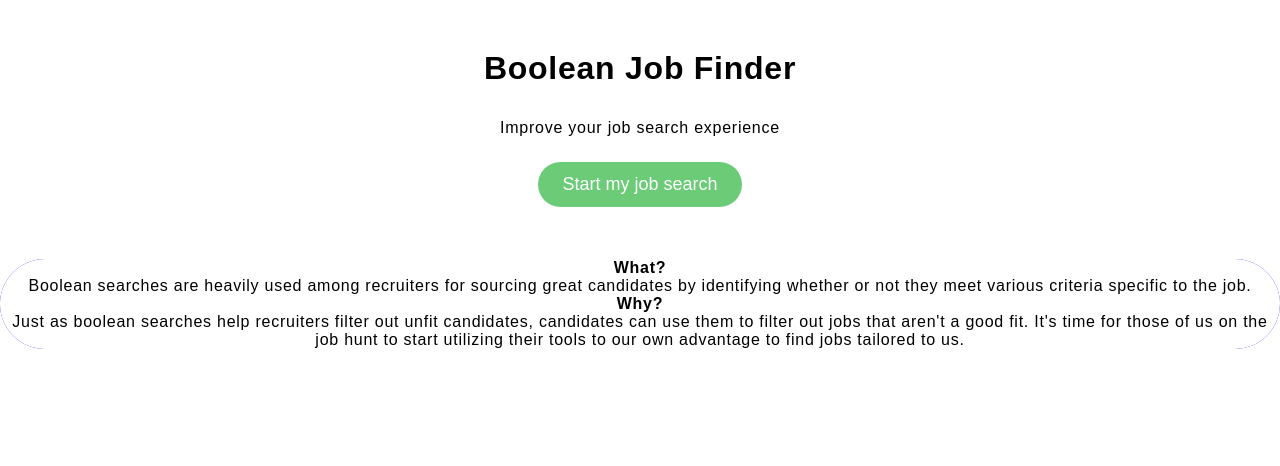
Repository: Rthompson2548/boolean-job-searcher
Page: /
An editor plug-in stored every save of this project. The page is shown before and after a run of saves, followed by the edit.
The browser window is 1280 px wide. The pictures show the whole page.
The project was rebuilt for these pictures with package versions that can differ from the ones it lists, and the page was loaded fresh each time.

Above is the page before, as saved 2022-04-05 14:25:38.

### public/index.html
<!DOCTYPE html>
<html lang="en">
  <head>
    <meta charset="utf-8" />
    <link rel="icon" href="%PUBLIC_URL%/favicon.ico" />
    <meta name="viewport" content="width=device-width, initial-scale=1" />
    <meta name="theme-color" content="#000000" />
    <meta
      name="description"
      content="Web site created using create-react-app"
    />
    <link rel="preconnect" href="https://fonts.googleapis.com">
    <link rel="preconnect" href="https://fonts.gstatic.com" crossorigin>
    <link href="https://fonts.googleapis.com/css2?family=Inconsolata&family=League+Spartan&display=swap" rel="stylesheet">

    <title>React App</title>
  </head>
  <body>
    <noscript>You need to enable JavaScript to run this app.</noscript>
    <div id="root"></div>
    <!--
      This HTML file is a template.
      If you open it directly in the browser, you will see an empty page.

      You can add webfonts, meta tags, or analytics to this file.
      The build step will place the bundled scripts into the <body> tag.

      To begin the development, run `npm start` or `yarn start`.
      To create a production bundle, use `npm run build` or `yarn build`.
    -->
  </body>
</html>

### src/App.js
import "./styles.css";
// import { CopyToClipboard } from "react-copy-to-clipboard";
import React, { useState, useEffect, useRef } from "react";



export default function App() {
  let searchCategories = [
    "Experience",
    "Location",
    "Tech Stack",
    "Title",
    "Technologies",
    "Company"
  ];

let defaultCategories = [
  {
    id: 1,
    name: "Experience",
    placeholders: ["Junior", "Entry", "Grad", "Student"]
  },
  {
    id: 2,
    name: "Location",
    placeholders: ["Junior", "Entry", "Grad", "Student"]
  },
  {
    id: 3,
    name: "End",
    placeholders: ["Junior", "Entry", "Grad", "Student"]
  },
  {
    id: 4,
    name: "Title",
    placeholders: ["Junior", "Entry", "Grad", "Student"]
  },
  {
    id: 5,
    name: "Technologies",
    placeholders: ["Junior", "Entry", "Grad", "Student"]
  },
  {
    id: 6,
    name: "Company Name",
    placeholders: ["Junior", "Entry", "Grad", "Student"]
  }
];


const [copyString, setCopyString] = useState("");
const [addCategory, setAddCategory] = useState(false);
const [addCategoryBtnText, setAddCategoryBtnText] = useState(
"Start my job search"
)
const [category, setCategory] = useState("");
const [categoryChosen, setCategoryChosen] = useState(false);
const [categoryOptions, setCategoryOptions] = useState(false);
const [showCategoryForm, setShowCategoryForm] = useState(false);
const [showNewCategoryButton, setShowNewCategoryButton] = useState(true);
const [showName, setShowName] = useState(false);
const [showForm, setShowForm] = useState(false);
const [showAddWordBtn, setShowAddWordBtn] = useState(false)
const [word, setWord] = useState("");
const [list, setList] = useState([]);
const [show, setShow] = useState(false);
const [finishBtn, setFinishBtn] = useState(false);
const [finished, setFinished] = useState(false);
const [result, setResult] = useState([]);
const [doneWarning, setDoneWarning] = useState(false);
const [goodbyeMessage, setGoodbyeMessage] = useState(false);


const handleNewCategory = () => {
  setCategory("");
  setAddCategoryBtnText("Add a category");
  setShowNewCategoryButton(false);
  setFinishBtn(false);
  setCategoryOptions(true);
  setCategoryChosen(false);
};



const handleCustomCategory = () => {
  setShowCategoryForm(true);
  setCategoryOptions(false);
};


const handleCategoryNameChange = event => {
  setCategory(event.target.value);
};

const submitCategory = () => {
  setAddCategory(false);
  setShowName(true);
  setShowNewCategoryButton(false);
  setShowAddWordBtn(true);
  setShowForm(true);
  setShowCategoryForm(false);
};


const handleAddWord = () => {
  setShowForm(true);
  setCategoryOptions(false);
  setCategoryChosen(true);
};


const handleCategoryClick = event => {
  setCategory(event.target.value);
  setCategoryChosen(true);
};


const handleWordChange = event => {
  setWord(event.target.value);
};


  const [noLetters, setNoLetters] = useState(false);

  const submitAsteriskWord = () => {
    if (word.length <= 1) {
      setNoLetters(true);
    } else {
      setList((prevList) => [...prevList, `"${word}*"`]);
      setWord("");
      setShow(true);
      console.log(word);
    }
  };

  const submitWord = () => {
    if (word.length <= 1) {
      setNoLetters(true);
    } else {
      setList((prevList) => [...prevList, `"${word}"`]);
      setWord("");
      setShow(true);
      console.log(word);
    }
  };

  useEffect(() => {
    setCategory(category);
  }, [category]);

  let booleanString = `(${list.join(" OR ")})`;

  const handleSubmitCategoryWords = () => {
    setShowNewCategoryButton(true);
    setShow(false);
    setShowName(false);
    setShowForm(false);
    setFinishBtn(true);
    setResult((previousResult) => [...previousResult, booleanString]);
    console.log(result.join(" AND "));
    console.log(`list: ${list}`);
    setList([]);
    console.log(`list: ${list}`);
    setCopyString(result.join(" AND "));
  };

  const handleGenerateString = () => {
    setFinished(true);
    setFinishBtn(false);
    setShowNewCategoryButton(false);
    setDoneWarning(false);
    // setGoodbyeMessage(true);
  };

const handleDone = () => {
  setDoneWarning(true);
  setFinished(false);
};


const handleConfirmFinished = () => {
  setDoneWarning(false);
  setGoodbyeMessage(true);
  setShow(false);
  setFinished(false);
};



  return (
    <div className="App">
      <div className="header">
        <h1 className="app-title">Boolean Job Finder</h1>
        <p>Improve your job search experience</p>
        <button className="start-btn" onClick={handleNewCategory}>
          {addCategoryBtnText}
        </button>

      </div>
      <div>
    </div>


      {categoryOptions === true && (
        <div>
          <div>
<p className="pick-a-category-txt">Click a category below to start</p>


            {/* iterates through array of category names and returns a button for each */}
            <div className="category-btns">
              {searchCategories.map((value, i) => (
                <button
                  id="category-btn"
                  className="category-btn"
                  key={i}
                  value={searchCategories[i]}
                  onClick={handleCategoryClick}
                >
                  {value}
                </button>
              ))}

            </div>

{
  categoryChosen === true && (
    <button className="continue-btn" onClick={handleAddWord}>
      Continue
    </button>
  )
}
          </div>
        </div>
      )}

{
  showCategoryForm === true && (
    <div>
      <label>Enter a custom category name</label>
      <input
        placeholder="Enter category name"
        onChange={handleCategoryNameChange}
        value={category}
      />

<button onClick={submitCategory}>Submit</button>;

    </div>
  )
}

      {showForm === true && (
        <div className="keyword-form">
          <h1>{category}</h1>

          <div className="keyword-form-info">
            <div>
              <label>Enter 1 or more keywords</label>
            </div>
            <input
              placeholder="Enter two or more letters..."
              value={word}
              onChange={handleWordChange}
            />
          </div>

          <div className="keyword-btns">
            <button onClick={submitWord}>Include exact keyword</button>
            <button onClick={submitAsteriskWord}>
              Include similar keywords
            </button>

          </div>


        </div>
      )}

      {show === true && (
        <div className="keyword-string">
          <h4>{booleanString}</h4>
        </div>
      )}

      {showForm === true && (
        <div>
          <button className="continue-btn" onClick={handleSubmitCategoryWords}>
            Continue
          </button>
        </div>
      )}

      {showNewCategoryButton === true && (
        // <div className="what-why">
            <div className="what-why-info">
              <h4>What?</h4>
              <p>
                Boolean searches are heavily used among recruiters for sourcing great
                candidates by identifying whether or not they meet various criteria specific
                to the job.
              </p>
              <h4>Why?</h4>
              <p>
                Just as boolean searches help recruiters filter out unfit candidates, candidates can use them to filter out jobs that aren't a good fit. It's time for those of us on the job hunt to start utilizing their tools to our own advantage to find jobs tailored to us.
              </p>
          </div>


        // </div>
      )}


      {finishBtn === true && (
        <div>
          <button className="done-btn" onClick={handleGenerateString}>
            Submit
          </button>
        </div>
      )}

      {finished === true && (
        <div className="boolean-string">
          <p value={copyString}>{result.join(" AND ")}</p>
          <button className="done-btn" onClick={handleDone}>
            Done
          </button>
        </div>
      )}

      {doneWarning === true && (
        <div className="boolean-string">
          <p>Are you sure? This cannot be undone</p>
          <button className="done-btn" onClick={handleConfirmFinished}>
            Yes, I am done
          </button>
        </div>
      )}

      {goodbyeMessage === true && (
        <div className="goodye-msg boolean-string">
<p>Goodbye!</p>;

          <button
            className="start-btn"
            onClick={() => window.location.reload(false)}
          >
            Home
          </button>
        </div>
      )}
    </div>
  );
}

### src/styles.css
* {
  margin: 0;
  padding: 0;
  background-color: #fff;
  color: #000;
  /* padding: 18px 0; */
}

.App {
  font-family: sans-serif;
  text-align: center;
  letter-spacing: 0.75px;
}

.header {
  line-height: 2rem;
  letter-spacing: 0.75px;
  padding: 52px 0;
}

img {
  width: 250px;
  height: auto;
}

button {
  /* width: 300px; */
  border-radius: 25px;
  background-color: #fff;
  color: #000;
  border: none;
  margin: 18px 0 0 0;
  font-size: 18px;
}

.app-title {
  margin-bottom: 28px;
  font-size: 32px;
}

h3 {
  font-size: 22px;
}

.what-why-info {
  border-radius: 50px !important;
  overflow: hidden;
  background-color: blue;
}

.what-why {
  padding: 30px;
  border-radius: 20px !important;
  overflow: hidden;
}

.what-why p {
  text-align: left !important;
}

.what-why h4 {
  /* margin: 20px 0 10px 0; */
  background-color: blue;
}


.start-btn {
  background-color: #6bcb77 !important;
  color: #fff;
  font-size: 18px;
  vertical-align: middle;
  padding: 12px 24px;
}

.pick-a-category-txt {
  font-size: 18px;
  margin-bottom: 12px;
}

input {
  background-color: #fff;
  font-size: 18px;
  color: #000;
  width: 260px;
  border: 1.5px solid black;
  border-radius: 25px;
}

label {
  font-size: 20px;
}

.category-btns {
  /* center the element */
  right: 0;
  left: 0;
  margin-right: auto;
  margin-left: auto;
  display: flex;
  flex-direction: column;
  align-items: center;
}

.category-btns button {
  background-color: #ff6b6b;
  color: #fff;
  padding: 12px 42px;
  width: 300px;
}

.category-buttons button:active,
button:focus {
  /* color: #fff !important;
  background-color: #FFD93D !important; */
}

.category-buttons button:visited:after {
  color: #fff !important;
  background-color: #000 !important;
}

.continue-btn {
  background-color: #4d96ff;
  color: #fff;
}

.keyword-form-info {
  margin-top: 24px;
}

.keyword-form-info input {
  padding: 10px 24px 10px 10px;
  margin-top: 16px;
}

.keyword-btns {
  display: flex;
  flex-direction: column;
  align-items: center;
  margin: 10px 0 24px 0;
}

.keyword-btns button {
  background-color: #ff6b6b;
  color: #fff;
  font-size: 18px;
}

.keyword-string {
  padding: 20px;
  font-size: 20px;
  line-height: 2rem;
}

.goodye-msg {
  /* padding-top: 25%; */
  font-size: 42px !important;
}

.goodye-msg button {
  /* background-color: #4D96FF !important; */
  /* vertical-align: middle !important; */
}

.boolean-string {
  font-size: 32px;
  font-weight: bold;
  padding-top: 10%;
}


.boolean-string button {
  background-color: #fa58bc;
  color: #fff;
}

.done-btn {
  background-color: #4d96ff !important;
  color: #fff;
  font-size: 22px;
  vertical-align: middle;
  width: 400px;
  padding: 20px 0;
  margin-top: 36px;
}

.home-btn {
  background-color: #6bcb77 !important;
}

Loaded but not shown: src/index.js (common file); src/index.css (no stored copy; drawn as an empty file)

After the next 2 saves:
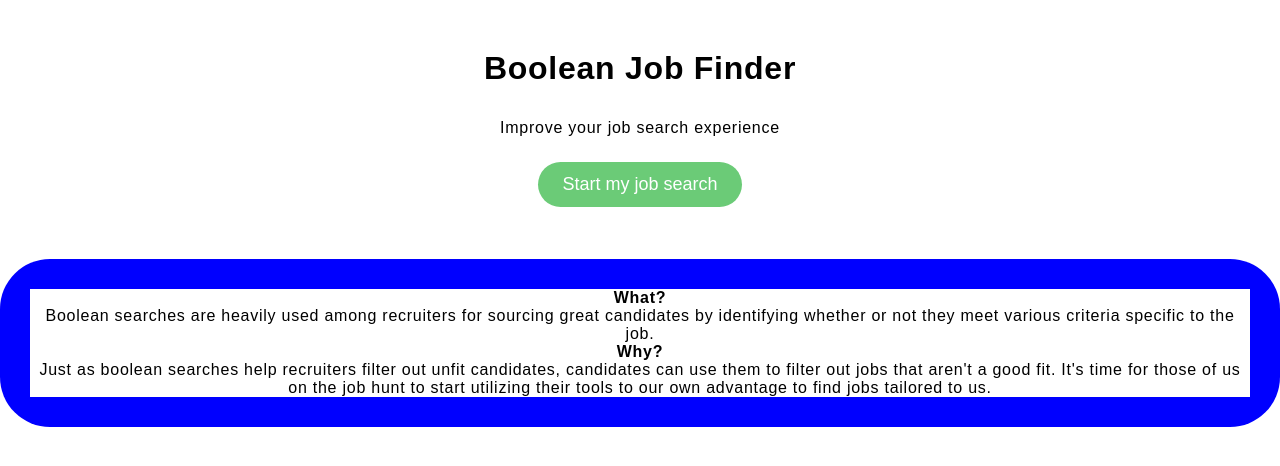
The 2 saves are shown as one change because they came seconds apart.
The last was saved 7 s later.
--- a/src/styles.css
+++ b/src/styles.css
@@ -46,13 +46,10 @@ h3 {
   border-radius: 50px !important;
   overflow: hidden;
   background-color: blue;
+  padding: 30px;
 }
 
-.what-why {
-  padding: 30px;
-  border-radius: 20px !important;
-  overflow: hidden;
-}
+
 
 .what-why p {
   text-align: left !important;
